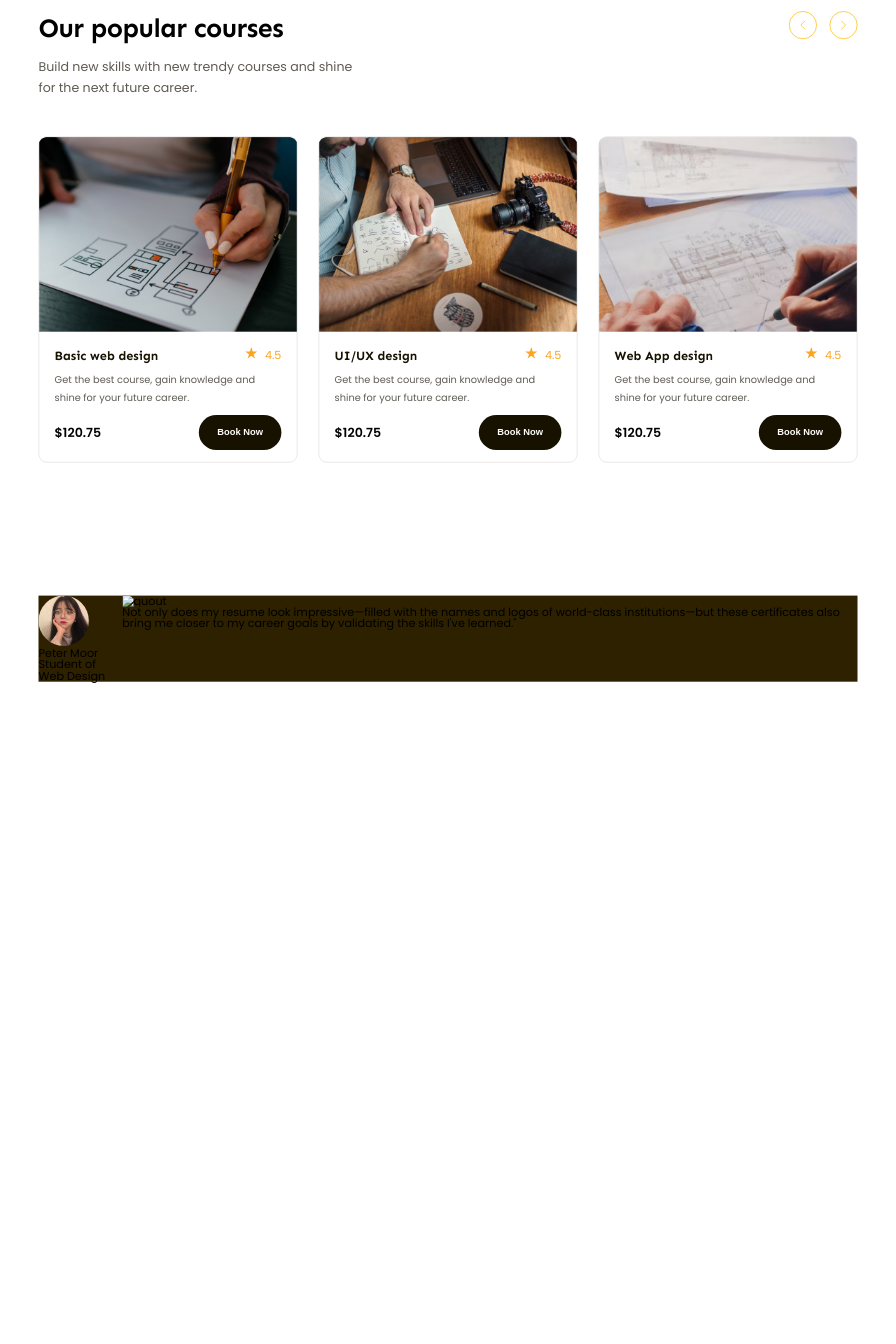
Repository: Toihoclaptrinh/duan1_figma
Page: index.html
These files come from the project's save history. The page is drawn as it stood at one moment and after the next save; the edit follows.
The browser window is 1280 px wide. The pictures show the part of the page from y = 1087 to 3007 px (the page is 10000 px tall), at 70% of full size.

Above is the page before, as saved 2024-02-09 23:20:47.

### index.html
<!DOCTYPE html>
<html lang="en">
  <head>
    <meta charset="UTF-8" />
    <meta name="viewport" content="width=device-width, initial-scale=1.0" />
    <!-- reset css -->
    <link rel="stylesheet" href="./assets/css/reset.css" />
    <!-- embet font -->
    <link rel="preconnect" href="https://fonts.googleapis.com" />
    <link rel="preconnect" href="https://fonts.gstatic.com" crossorigin />
    <link
      href="https://fonts.googleapis.com/css2?family=Poppins:ital,wght@0,400;0,500;0,600;0,700;1,400&family=Sen:wght@700&display=swap"
      rel="stylesheet"
    />

    <!-- style css -->
    <link rel="stylesheet" href="./assets/css/style.css" />

    <title>Figma</title>
  </head>
  <body style="height: 10000px">
    <!-- header -->
    <header class="header fixed">
      <div class="main-content">
        <div class="body">
          <!-- logo -->
          <img src="./assets/icon/Lesson..svg" alt="Lesson" />
          <!-- navigation -->
          <nav class="nav">
            <ul>
              <li class="active">
                <a href="#!">Home</a>
              </li>
              <li>
                <a href="#!">Courses</a>
              </li>
              <li>
                <a href="#!">Pricing</a>
              </li>
              <li>
                <a href="#!">Reviews</a>
              </li>
            </ul>
          </nav>
          <!-- btn action -->
          <div class="action">
            <a href="#!" class="btn btn-sign-up">Sign Up</a>
          </div>
        </div>
      </div>
    </header>

    <main>
       <!-- code phần hero -->
      <div class="hero">
        <div class="main-content">
          <div class="body">
            <!-- hero left -->
            <div class="media-block">
              <img
                src="./assets/img/guy-lesson 1.jpg"
                alt="ảnh minh họa"
                class="img"
              />
              <div class="hero-summary">
                <!-- item 1 -->
                <div class="item">
                  <div class="icon">
                    <img src="./assets/icon/Design.svg" alt="icon design" />
                  </div>
                  <div class="info">
                    <p class="label">20 Courses</p>
                    <p class="title">UI/UX Design</p>
                  </div>
                </div>
                <!-- item 2 -->
                <div class="item">
                  <div class="icon icon2">
                    <img src="./assets/icon/Dev.svg" alt="icon dev" />
                  </div>
                  <div class="info">
                    <p class="label">20 Courses</p>
                    <p class="title">Development</p>
                  </div>
                </div>
                <!-- item 3 -->
                <div class="item">
                  <div class="icon icon3">
                    <img src="./assets/icon/Mark.svg" alt="icon marketing" />
                  </div>
                  <div class="info">
                    <p class="label">30 Courses</p>
                    <p class="title">Marketing</p>
                  </div>
                </div>
              </div>
            </div>
              <!-- hero-right -->
              <div class="contain-block">
                <h1 class="heading">
                  Learn without limits and spread knowledge.
                </h1>
                <p class="desc">
                  Build new skills for that “this is my year” feeling with
                  courses, certificates, and degrees from world-class
                  universities and companies.
                </p>
                <div class="cta-group">
                  <a href="#!" class="btn">See Courses</a>
                  <button class="watch-video">
                    <div class="icon">
                      <img src="./assets/icon/Polygon 2.svg" alt="play video" />
                    </div>
                    <span>Watch Video</span>
                  </button>
                </div>
                <p class="desc descRecent">Recent engagement</p>
                <p class="desc descstrong" >
                  <strong>50K</strong> Students <strong>70+</strong> Courses
                </p>
              </div>
          </div>
        </div>
        </div>
      </div>
       <!-- code phần pupular -->
      <div class="popular">
        <div class="main-content">
          <div class="pupular-top">
            <!-- khối bên trái  -->
            <div class="info">
              <h2 class="heading-lv2">Our popular courses</h2>
              <p class="desc">Build new skills with new trendy courses and shine for the next future career.</p>
            </div>
              <div class="controls">
                <button class="control-btn">
                  <svg width="8" height="14" viewBox="0 0 8 14" fill="none" xmlns="http://www.w3.org/2000/svg">
                    <path d="M7 1L1 7L7 13" stroke="currentColor" stroke-linecap="round" stroke-linejoin="round"/>
                    </svg>
                </button>
                <button class="control-btn">
                  <svg width="8" height="14" viewBox="0 0 8 14" fill="none" xmlns="http://www.w3.org/2000/svg">
                    <path d="M1 1L7 7L1 13" stroke="currentColor" stroke-linecap="round" stroke-linejoin="round"/>
                    </svg>
                </button>
              </div>
          </div>
          <div class="courses-list">
            <!-- khối thứ 1  -->
            <div class="courses-item">
              <a href="#!"><img src="./assets/img/thumb.jpg" alt="Basic web design" class="thumb"></a>
              <div class="info">
                <div class="head">
                  <h3 class="title"><a href="#!">Basic web design</a></h3>
                  <div class="rating">
                      <img src="./assets/icon/Star.svg" alt="star" class="star">
                      <span class="value">4.5</span>
                   </div>
                </div>

              <div class="desc">
                <p>Get the best course, gain knowledge and shine for your future career.</p>
              </div>
              <div class="foot">
                <span class="price">$120.75</span>
                <button class="btn">Book Now</button>
              </div>
            </div>
          </div>
            <!-- khối thứ 2 -->
            <div class="courses-item">
             <a href="#!"> <img src="./assets/img/thum2.jpg" alt="UI/UX design" class="thumb"></a>
              <div class="info">
                <div class="head">
                  <h3 class="title"><a href="#!">UI/UX design</a></h3>
                  <div class="rating">
                    <img src="./assets/icon/Star.svg" alt="star" class="star">
                      <span class="value">4.5</span>
                   </div>
                </div>

              <div class="desc">
                <p>Get the best course, gain knowledge and shine for your future career.</p>
              </div>
              <div class="foot">
                <span class="price">$120.75</span>
                <button class="btn">Book Now</button>
              </div>
            </div>
          </div>
            <!-- khối thứ 3 -->
            <div class="courses-item">
              <a href="#!"><img src="./assets/img/thumb3.png" alt="Web App design" class="thumb"></a>
              <div class="info">
                <div class="head">
                  <h3 class="title"><a href="#!">Web App design</a></h3>
                  <div class="rating">
                    <img src="./assets/icon/Star.svg" alt="star" class="star">
                      <span class="value">4.5</span>
                   </div>
                </div>
                <div class="desc">
                  <p>Get the best course, gain knowledge and shine for your future career.</p>
                </div>
                <div class="foot">
                  <span class="price">$120.75</span>
                  <button class="btn">Book Now</button>
                </div>
            </div>
          </div>
        </div>
        </div>
     </div>
     <!-- code phần feedback -->
     <div class="feedback">
        <div class="main-content">
          <div class="feedback-list">
            <div class="feedback-items">
              <!-- khối bên trái -->
                <div class="info">
                  <img src="./assets/img/avatar.jpg" alt="avatar" class="avatar">
                  <p class="name">Peter Moor</p>
                  <p class="desc">Student of Web Design</p>
                  <div class="dots">
                    <span class="dot"></span>
                    <span class="dot"></span>
                    <span class="dot"></span>
                  </div>
                </div>
                <!-- khối bên phải -->
                <div class="describe">
                  <img src="#!" alt="quout" class="quot">
                  <p class="desc"> Not only does my resume look impressive—filled with the names and logos of
                    world-class institutions—but these certificates also bring me closer to my career goals by
                    validating the skills I've learned." </p>
                </div>
            </div>
          </div>
        </div>
     </div>
    </main>
  </body>
</html>

### assets/css/style.css
/* font
 font-family: 'Poppins', sans-serif;
font-family: 'Sen', sans-serif;
 */

/* Phần code chung */

:root {
  --font-heading: "Sen", sans-serif;
  --primary-color: #ffb900;
}

* {
  box-sizing: border-box;
}
html {
  font-size: 62.5%;
}
body {
  font-size: 1.6rem;
  font-family: "Poppins", sans-serif;
}

a {
  text-decoration: none;
}

.heading-lv2 {
  font-family: var(--font-heading);
  font-size: 3.8rem;
  font-weight: 700;
  line-height: 1.27;
  letter-spacing: -0.76px;
}

/* code phần khối giao diện */
.main-content {
  width: 1170px;
  margin-left: auto;
  margin-right: auto;
  max-width: calc(100% - 48px);
}

/* Phần header */
.header {
  background: #fffcf4;
}
.header.fixed {
  position: sticky;
  /* phần phía trên sign up cách phía trên 8px cho bằng với phần bên dưới,nên để top -28px(36px-8),để âm 28 để cho phần
  thừa ra bị ẩn đi */
  top: -28px;
  z-index: 1;
}

.header .body {
  display: flex;
  align-items: center;
  padding: 36px 0px 8px;
}

.nav ul {
  display: flex;
}
.nav {
  margin-left: auto;
}

/* Thanh điều hướng */
.nav a {
  position: relative;
  color: #5f5b53;
  font-size: 1.6rem;
  padding: 8px 21px;
}

/* Dùng shadow tạo hiệu ứng in đậm khi hover  */
.nav li.active a,
.nav a:hover {
  color: #171100;
  text-shadow: 1px 0px 0px currentColor;
}

/* tạo dấu gạch chân dưới Home */
.nav li.active a::after {
  left: 21px;
  bottom: 6px;
  position: absolute;
  display: block;
  content: "";
  width: 12px;
  height: 2px;
  border-radius: 1px;
  background: #171100;
}

/* sign-up  */
.btn {
  display: inline-block;
  line-height: 50px;
  padding: 0 16px;
  min-width: 118px;
  color: #fff;
  text-align: center;
  font-weight: 600;
  border-radius: 999px;
  background: #171100;
}

.btn:hover {
  opacity: 0.9;
}

.header .btn-sign-up {
  min-width: 144px;
}

.header .action {
  margin-left: 49px;
}

/* phần hero  */

.hero {
  padding: 56px 0 65px;
  background-color: #fffcf4;
}

.hero .body {
  display: flex;
}

/* =========== hero left ================== */

.hero .media-block {
  width: 48%;
  position: relative;
}

.hero .media-block .img {
  width: 470px;
  height: 685px;
  object-fit: cover;
  border-radius: 20px;
}

.hero .hero-summary {
  width: 270px;
  padding: 24px;
  position: absolute;
  bottom: 48px;
  left: 300px;
  border-radius: 20px;
  background-color: #ffffff;
}

.hero-summary .item {
  display: flex;
  align-items: center;
}

.hero-summary .item + .item {
  margin-top: 22px;
}

.hero-summary .icon {
  width: 48px;
  height: 48px;
  border-radius: 50%;
  display: flex;
  justify-content: center;
  background-color: #fff9e8;
}

.hero-summary .icon2 {
  background-color: #fcefff;
}

.hero-summary .icon2 {
  background-color: #ebeaff;
}

.hero-summary .info {
  margin-left: 16px;
}

.hero-summary .info .label {
  font-size: 1.4rem;
  line-height: 1.86;
  color: #5f5b53;
}

.hero-summary .info .title {
  font-size: 1.4rem;
  color: #171100;
  line-height: 1.67;
  font-weight: 600;
}

/* =============== hero right ======= */

.hero .contain-block {
  width: 52%;
  padding-left: 130px;
  padding-top: 64px;
}

.hero .heading {
  color: #171100;
  font-family: var(--font-heading);
  font-size: 5.8rem;
  font-weight: 700;
  line-height: 1.17;
  letter-spacing: -1.16px;
}

.hero .desc {
  margin-top: 22px;
  font-size: 1.8rem;
  line-height: 1.67;
  color: #5f5b53;
}

.hero .cta-group {
  display: flex;
  margin-top: 38px;
  align-items: center;
}

.hero .btn {
  min-width: 180px;
  background-color: var(--primary-color);
  line-height: 64px;
}

.hero .watch-video {
  margin-left: 28px;
  border: none;
  background-color: transparent;
  display: flex;
  align-items: center;
  cursor: pointer;
}

.hero .watch-video .icon {
  width: 40px;
  height: 40px;
  background-color: #ffffff;
  border-radius: 40px;
  display: flex;
  align-items: center;
  justify-content: center;
  box-shadow: rgba(67, 71, 85, 0.27) 0px 0px 0.25em,
    rgba(90, 125, 188, 0.05) 0px 0.25em 1em;
}

.hero .watch-video span {
  margin-left: 14px;
  font-size: 1.8rem;
  font-weight: 600;
  line-height: 1.67;
}

.hero .descRecent {
  margin-top: 48px;
}

.hero .descstrong strong {
  font-family: var(--font-heading);
  font-size: 4.4rem;
  font-weight: 700;
  line-height: 1.23;
  color: #171100;
  margin-right: 15px;
}

.hero .descstrong {
  margin-top: 8px;
}

.hero .descstrong strong:nth-child(2) {
  margin-left: 28px;
}

.popular {
  padding: 65px 0px 55px;
  margin-top: 135px;
}

.pupular-top {
  display: flex;
  justify-content: space-between;
}

.pupular-top .desc {
  width: 458px;
  color: #5f5b53;
  font-size: 1.8rem;
  font-weight: 400;
  line-height: 1.67;
  margin-top: 16px;
}

.pupular-top .controls {
  display: flex;
  gap: 18px;
}

.pupular-top .control-btn {
  background-color: transparent;
  width: 40px;
  height: 40px;
  border: 1px solid var(--primary-color);
  border-radius: 50%;
  display: flex;
  justify-content: center;
  align-items: center;
  color: #ffb900;
}

.pupular-top .control-btn:hover {
  background-color: #ffb900;
  color: #ffffff;
  cursor: pointer;
}

.popular .courses-list {
  display: flex;
  margin-top: 55px;
  justify-content: space-between;
  gap: 30px;
}

.popular .courses-list .courses-item {
  flex: 1;
  max-width: 370px;
  height: 466px;
  border-radius: 12px;
  border: 1px solid #e2dfda;
}

.popular .courses-list .courses-item:hover {
  box-shadow: 0px 18px 36px 0px #0000000d;
  border: none;
}
.popular .courses-item .thumb {
  width: 100%;
  height: 278px;
  object-fit: cover;
}

.popular .courses-item .info {
  margin: 16px 22px 22px;
}

.popular .courses-item .head {
  display: flex;
  align-items: center;
  justify-content: space-between;
}

.popular .courses-item .title a {
  color: #171100;
  font-family: var(--font-heading);
  font-size: 1.8rem;
  font-weight: 600;
  line-height: 1.67;
}

.courses-item .head .value {
  font-size: 1.6rem;
  font-weight: 400;
  line-height: 1.75;
  color: #fea31b;
  margin-left: 6px;
}

.popular .courses-item .desc {
  font-size: 1.4rem;
  font-weight: 400;
  line-height: 1.86;
  color: #5f5b53;
  margin-top: 6px;
}

.popular .courses-item .foot {
  display: flex;
  align-items: center;
  justify-content: space-between;
  margin: 12px 0px 22px;
}

.popular .courses-item .foot .price {
  font-size: 1.8rem;
  font-weight: 600;
  line-height: 1.67;
}

.popular .courses-item .foot .btn {
  border: none;
}

.courses-item .foot .btn:hover {
  background-color: #ffb900;
  color: #ffffff;
  cursor: pointer;
}

.feedback .feedback-items {
  background-color: #2e2100;
  margin-top: 135px;
  padding-top: ;
}
.feedback-items {
  display: flex;
}

.feedback .info .avatar {
  border-radius: 999px;
  width: 72px;
}

Loaded but not shown: assets/css/reset.css (common file)

After the next save:
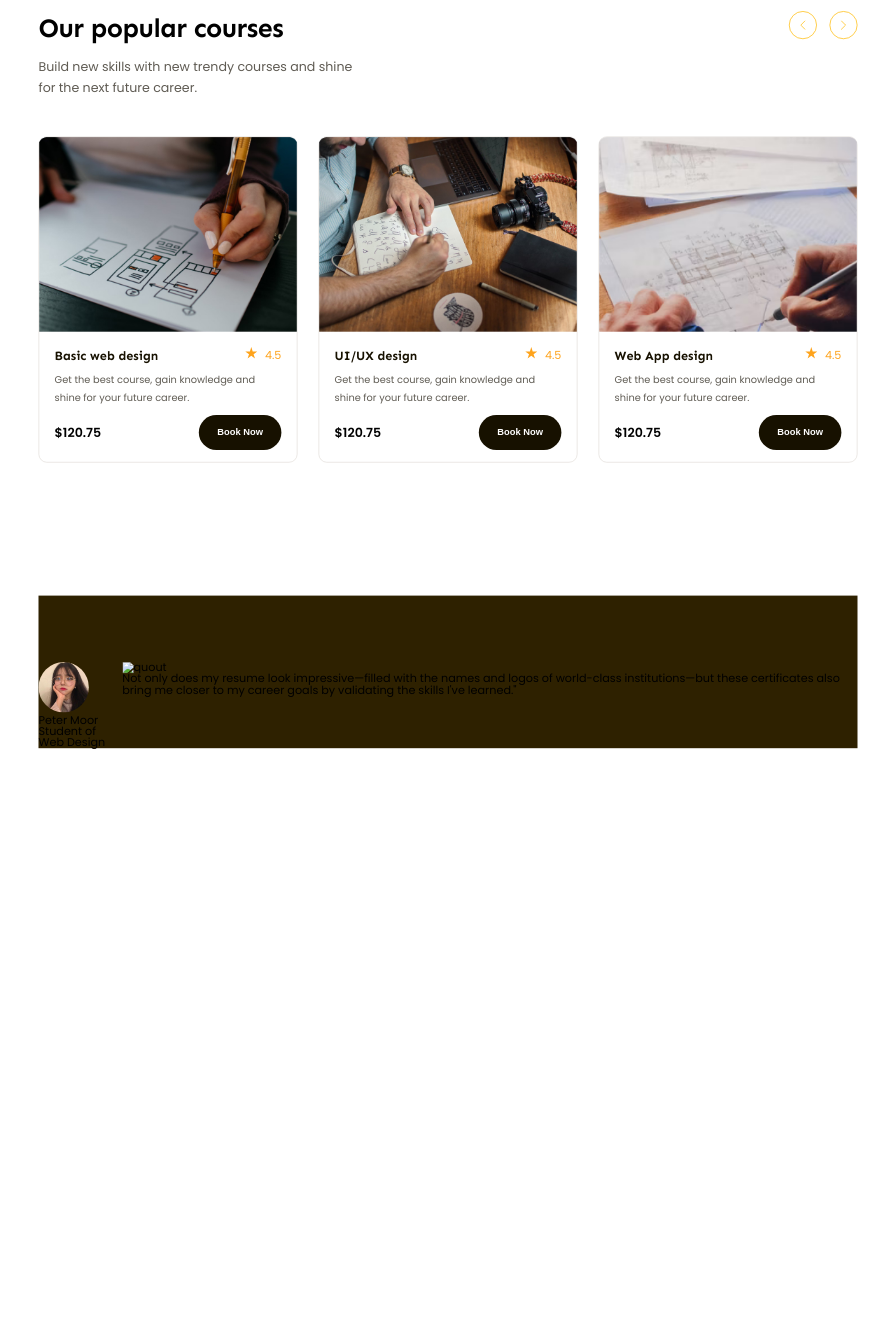
Saved 12 s later.
--- a/assets/css/style.css
+++ b/assets/css/style.css
@@ -409,7 +409,7 @@ a {
 .feedback .feedback-items {
   background-color: #2e2100;
   margin-top: 135px;
-  padding-top: ;
+  padding-top: 95px;
 }
 .feedback-items {
   display: flex;
